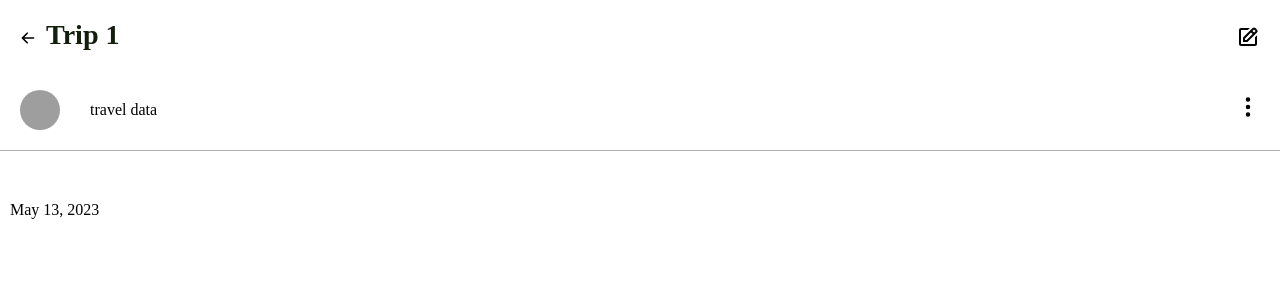
Repository: Abhi2359/PWA_Corider
Page: /
These files come from the project's save history. The page is drawn as it stood at one moment and after the next save; the edit follows.
The browser window is 1280 px wide. The pictures show the whole page.
Pictures or frames that could not be fetched are drawn as grey boxes. The page's requests for data from a server got no answer. The project was rebuilt for these pictures with package versions that can differ from the ones it lists, and the page was loaded fresh each time. No one was signed in, and anything a server would have sent is missing. Also part of the build but not shown: vite.config.js.

Above is the page before, as saved 2023-05-13 02:37:23.

### src/App.jsx
import { useEffect, useState } from 'react';
import './App.css'
import { fetchData } from './api/fetchData'
import Header from './Header';

function App() {
  const [data, setData] = useState([]);
  const [isLoading, setIsLoading] = useState(false);
  const [error, setError] = useState(null);

  useEffect(() => {
    const fetchDataFromApi = async () => {
      setIsLoading(true);

      try {
        const apiData = await fetchData();
        setData(apiData);
      } catch (error) {
        setError(error.message);
      }

      setIsLoading(false);
    };

    fetchDataFromApi();
  }, []);



  return (
    <>
    <div>
    <Header/>
    </div>
    </>
  )
}

export default App

### src/App.css
*{
    margin: 0;
    padding: 0;
    box-sizing: border-box;
}

/* Header css */
.trip{
    display: flex;
    align-items: center;
    justify-content: space-between;
    margin: 10px;
    padding: 10px;
}
.icon {
    margin-right: 10px;
  }

  .trip_no {
    margin-right: auto;
    margin-bottom: 10px;
    width: 275px;
height: 30px;

font-family: 'Mulish';
font-style: normal;
font-weight: 700;
font-size: 24px;
line-height: 30px;

color: #141E0D;
  }

  .edit_icon {
    margin-left: 10px;
   font-size: 24px;
  }


  .trip_details{
    display: flex;
    align-items: center;
    justify-content: space-between;
    margin: 10px;
    padding: 10px;
}

.user_icon {
    width: 40px;
    height: 40px;
    border-radius: 50%;
    overflow: hidden;
    margin-right: 30px;
  }

  .user_icon img {
    width: 100%;
    height: 100%;
    object-fit: cover;
  }


.travel_data{
    margin-right: auto;
}

.dot_icon{
    margin-left: 10px;
    font-size: 24px;
}
.line {
    border-top: 0.5px solid #adacac;
    margin: 10px 0;
    padding-bottom: 40px;
  }

  .date_container {
    display: flex;
    align-items: center;
  }

  .date_line {
    flex-grow: 1;
    height: 1px;
    background-color: black;
  }

  .date {
    margin: 0 10px;
  }

### src/api/fetchData.js
import axios from "axios";

const API_URL = "http://3.111.128.67/assignment/chat";

export const fetchData = async (page) => {
    try {
      const response = await axios.get(API_URL, {
        params: { page },
      });
      return response.data;
    } catch (error) {
      throw new Error('Error while fetching data');
    }
  };

### src/Header.jsx
import React from "react";
import { HiArrowLeft } from "react-icons/hi";
import { BiEdit } from "react-icons/bi";
import { BsThreeDotsVertical } from "react-icons/bs";
import styles from "./App.css";
const Header = () => {
  return (
    <>
      <div className="header">
        <div className="trip">
          <div className="icon">
            <HiArrowLeft />
          </div>
          <div className="trip_no">
            <h3>Trip 1</h3>
          </div>
          <div className="edit_icon">
            <BiEdit />
          </div>
        </div>
        <div className="trip_details">
          <div className="user_icon">
            <img
              src="https://fastly.picsum.photos/id/1072/160/160.jpg?hmac=IDpbpA5neYzFjtkdFmBDKXwgr-907ewXLa9lLk9JuA8"
              alt=""
            />
          </div>
          <div className="travel_data">travel data</div>
          <div className="dot_icon">
            <BsThreeDotsVertical />
          </div>
        </div>
        <div className="line"></div>
        <div className="date_container">
          <div className="date-line"></div>
          <div className="date">May 13, 2023</div>
          <div className="date-line"></div>
        </div>
      </div>
    </>
  );
};

export default Header;

Loaded but not shown: index.html (common file); src/main.jsx (common file)

After the next save:
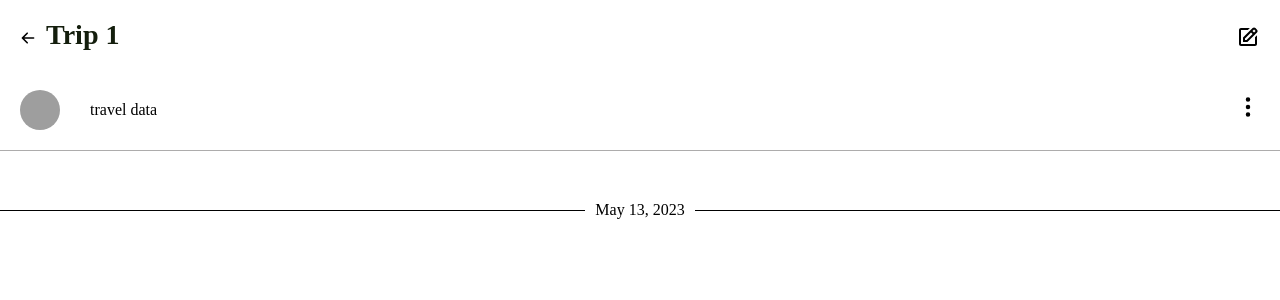
Saved 15 s later.
--- a/src/App.css
+++ b/src/App.css
@@ -79,7 +79,7 @@ color: #141E0D;
     align-items: center;
   }
 
-  .date_line {
+  .date-line {
     flex-grow: 1;
     height: 1px;
     background-color: black;
